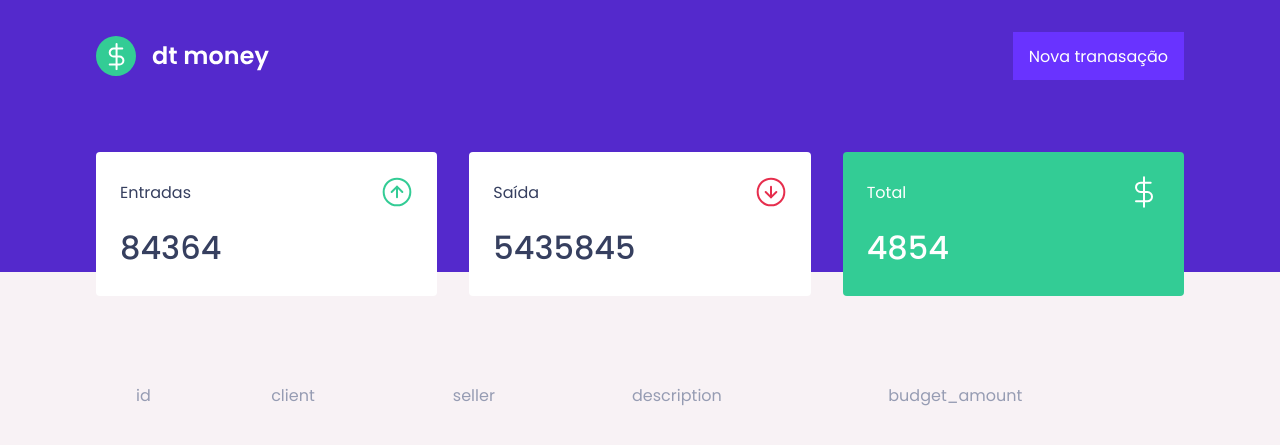
Repository: soualexandre/frentend-botOrcamentos
Page: /
These files come from the project's save history. The page is drawn as it stood at one moment and after a run of saves; the edit follows.
The browser window is 1280 px wide. The pictures show the whole page.
The page's requests for data from a server got no answer. The project was rebuilt for these pictures with package versions that can differ from the ones it lists, and the page was loaded fresh each time. No one was signed in, and anything a server would have sent is missing.

Above is the page before, as saved 2021-07-20 15:13:45.

After the next 2 saves:
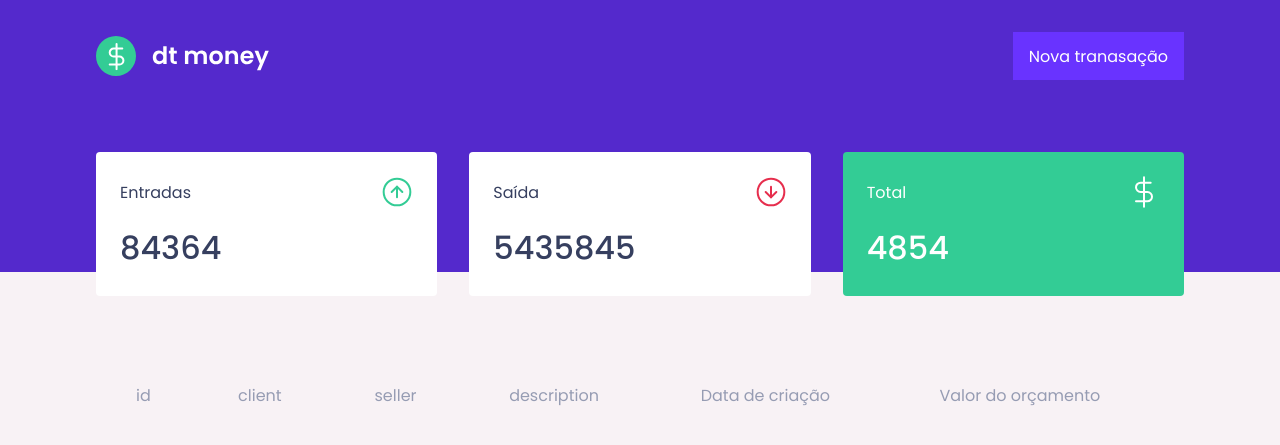
The 2 saves are shown as one change because 1 did not build or start.
The last was saved 104 s later.
--- a/src/components/transactionsTable/index.tsx
+++ b/src/components/transactionsTable/index.tsx
@@ -1,9 +1,17 @@
 import { useTransactions } from "../../hooks/useTransactions";
 import { Container } from './styles'
+import DeleteImg from '../../assets/delete.svg'
+import EditImg from '../../assets/edit.svg'
+import { api } from "../../services/api";
 
 
 export function TransactionsTable() {
-    const {transactions} = useTransactions();
+    const { transactions } = useTransactions();
+
+    async function handleCreateNewTransaction(id: Number) {
+        await api.delete(`/budget/delete/${id}`)
+    }
+
     return (
         <Container>
             <table>
@@ -13,7 +21,8 @@
                         <th>client</th>
                         <th>seller</th>
                         <th>description</th>
-                        <th>budget_amount</th>
+                        <th>Data de criação</th>
+                        <th>Valor do orçamento</th>
                     </tr>
                 </thead>
                 <tbody>
@@ -22,11 +31,22 @@
                             <td>{transaction.id}</td>
                             <td>{transaction.client}</td>
                             <td>
-                            {transaction.seller}
-                           </td>
+                                {transaction.seller}
+                            </td>
                             <td>{transaction.description}</td>
                             <td>
-                            {transaction.budget_amount}
+                            </td>
+                            <td>
+                                {new Intl.NumberFormat('pt-BR', {
+                                    style: 'currency',
+                                    currency: 'BRL',
+                                }).format(transaction.budget_amount)}
+                            </td>
+                            <td>
+
+                                <div className="optionsIncons">
+                                    <img src={DeleteImg} alt="Deletar orçamento" onClick={() => handleCreateNewTransaction(transaction.id)}></img>
+                                </div>
                             </td>
                         </tr>
                     ))}
